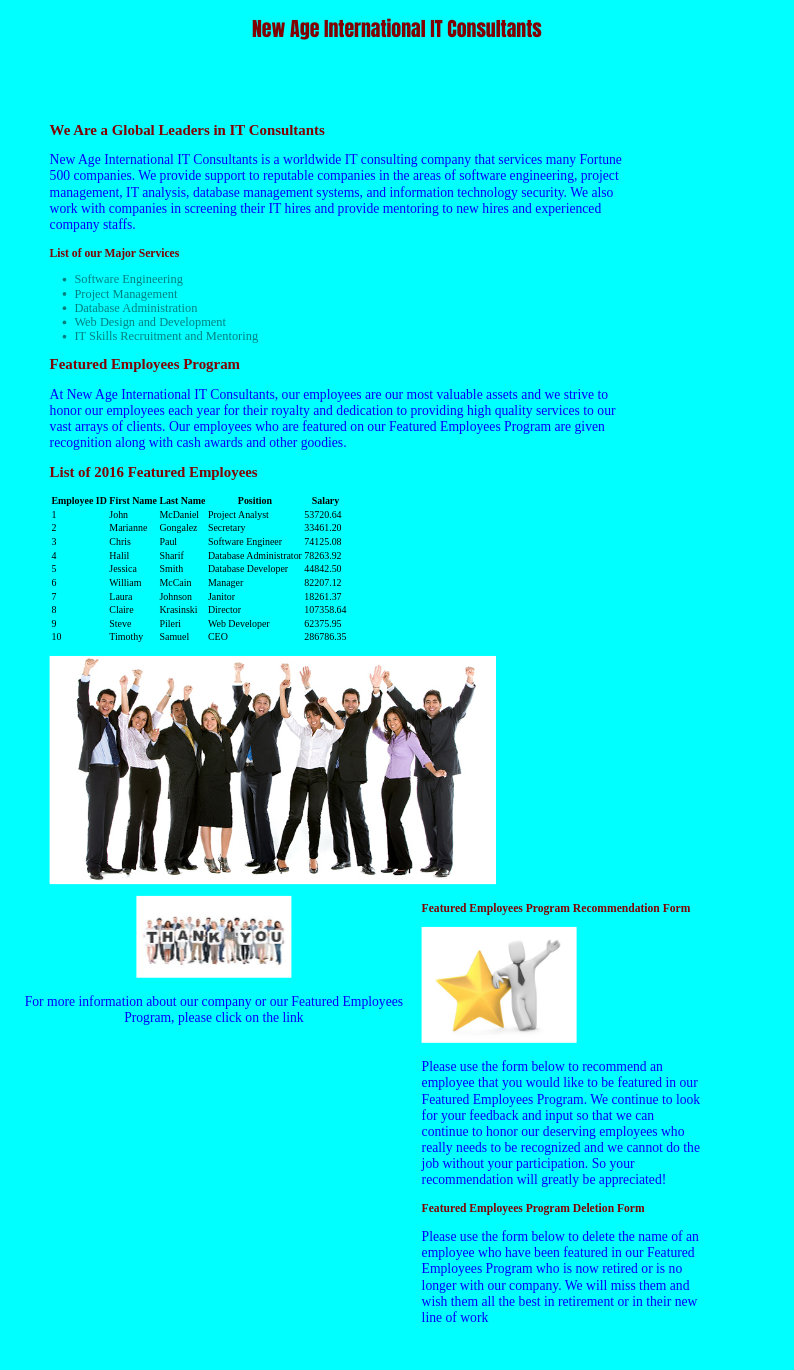
Repository: myjavaweb2/Week5JDBCAssignments
Page: myweek4project/src/main/webapp/employee.html
These files come from the project's save history. The page is drawn as it stood at one moment and after the next save; the edit follows.
The browser window is 1280 px wide. The pictures show the whole page, at 62% of full size.

Above is the page before, as saved 2016-08-30 19:18:39.

After the next save:
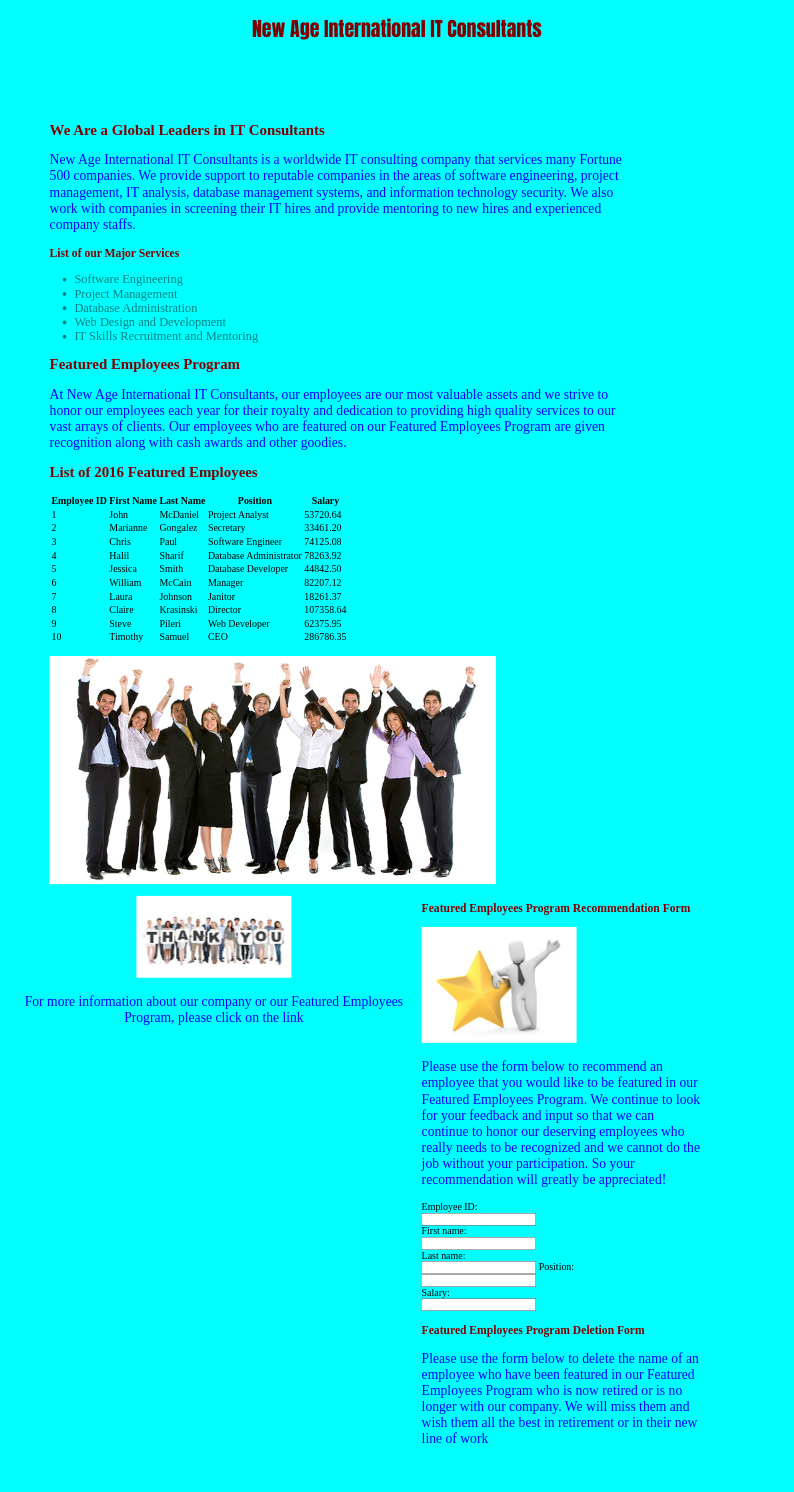
Saved 5 min 9 s later.
--- a/myweek4project/src/main/webapp/employee.html
+++ b/myweek4project/src/main/webapp/employee.html
@@ -26,15 +26,15 @@
 		companies in screening their IT hires and provide mentoring to new
 		hires and experienced company staffs.</p>
 
-		<h3>List of our Major Services</h3>
+	<h3>List of our Major Services</h3>
 
-		<ul>
-			<li>Software Engineering</li>
-		 	<li>Project Management</li>
-		 	<li>Database Administration</li>
-		 	<li>Web Design and Development</li>
-		 	<li>IT Skills Recruitment and Mentoring</li>
-		</ul>
+	<ul>
+		<li>Software Engineering</li>
+		<li>Project Management</li>
+		<li>Database Administration</li>
+		<li>Web Design and Development</li>
+		<li>IT Skills Recruitment and Mentoring</li>
+	</ul>
 
 	<h2>Featured Employees Program</h2>
 	<p>At New Age International IT Consultants, our employees are our
@@ -141,7 +141,13 @@
 			and we cannot do the job without your participation. So your
 			recommendation will greatly be appreciated!</p>
 
-		<form action=""></form>
+		<form action="">
+				Employee ID:<br> <input type="text" name="employee_id"><br>
+				First name:<br> <input type="text" name="first_name"><br>
+				Last name:<br> <input type="text" name="last_name">
+				Position:<br> <input type="text" name="position"><br>
+				Salary:<br> <input type="text" name="salary">
+		</form>
 
 		<h3>Featured Employees Program Deletion Form</h3>
 
